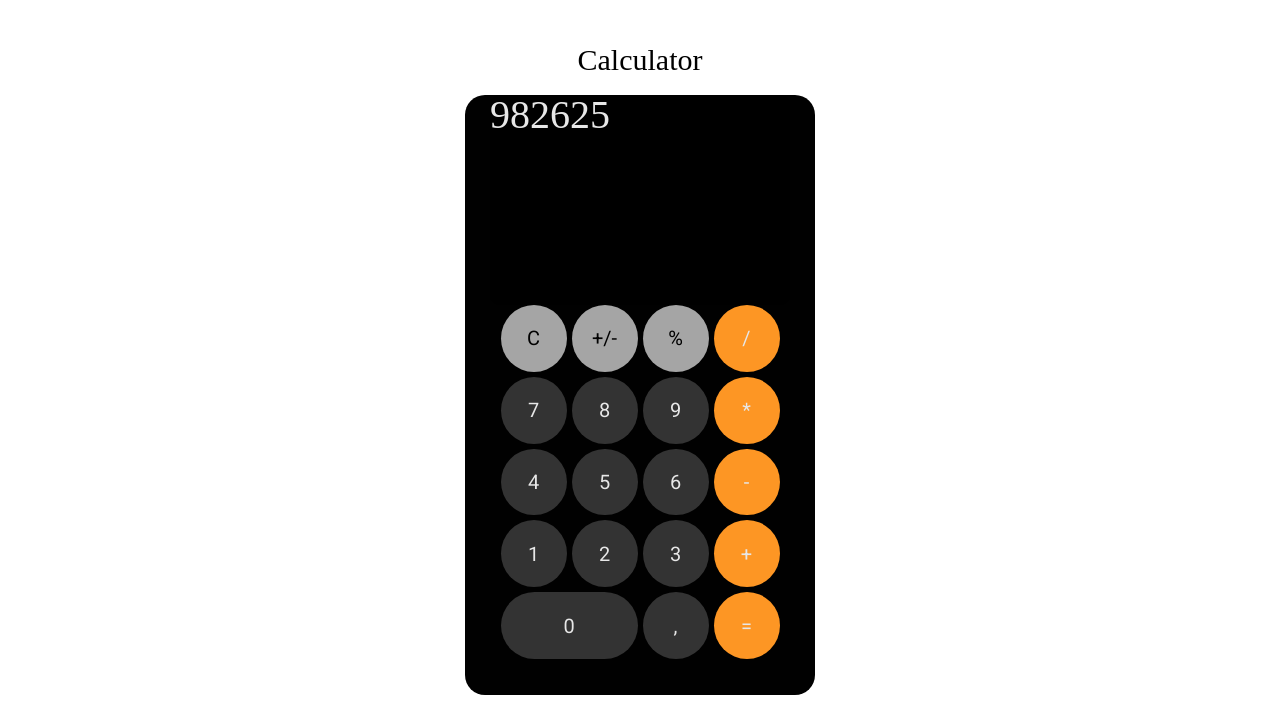
Repository: Gibon9/SimpleCalc
Page: index.html
These files come from the project's save history. The page is drawn as it stood at one moment and after the next save; the edit follows.
The browser window is 1280 px wide. The pictures show the whole page.
Some web fonts or font styles are not loaded; a fallback is used.

Above is the page before, as saved 2020-11-28 13:21:36.

### index.html
<!DOCTYPE html>
<html lang="en">
  <head>
    <meta charset="UTF-8" />
    <meta name="viewport" content="width=device-width, initial-scale=1.0" />
    <link rel="stylesheet" href="style/reset.css" />
    <link rel="stylesheet" href="style/style.css" />
    <title>Calculator</title>
  </head>

  <body>
    <main class="main">
      <h1 class="title">Calculator</h1>
      <section class="clac">
        <div class="calc-display" id="display">
          <p class="calc-dispaly--text">982625</p>
        </div>
        <section class="keyboard" id="keyboard">
          <button class="calc-button calc-button-secondary c-btn" id="clear">
            C
          </button>
          <button
            class="calc-button calc-button-secondary plus-minus-btn"
            id="plus-minus"
          >
            +/-
          </button>
          <button
            class="calc-button calc-button-secondary percent-btn"
            id="percent"
          >
            %
          </button>
          <button class="calc-button one-btn" id="btn1">1</button>
          <button class="calc-button two-btn" id="btn2">2</button>
          <button class="calc-button three-btn" id="btn3">3</button>
          <button class="calc-button four-btn" id="btn4">4</button>
          <button class="calc-button five-btn" id="btn5">5</button>
          <button class="calc-button six-btn" id="btn6">6</button>
          <button class="calc-button seven-btn" id="btn7">7</button>
          <button class="calc-button eight-btn" id="btn8">8</button>
          <button class="calc-button nine-btn" id="btn9">9</button>
          <button class="calc-button zero-btn" id="btn0">0</button>
          <button class="calc-button calc-button-operation plus-btn" id="plus">
            +
          </button>
          <button
            class="calc-button calc-button-operation minus-btn"
            id="minus"
          >
            -
          </button>
          <button
            class="calc-button calc-button-operation divide-btn"
            id="divide"
          >
            /
          </button>
          <button
            class="calc-button calc-button-operation multiply-btn"
            id="multiply"
          >
            *
          </button>
          <button
            class="calc-button calc-button-operation equal-btn"
            id="equal"
          >
            =
          </button>
          <button class="calc-button coma-btn" id="coma">,</button>
        </section>
      </section>
    </main>
    <script src="./index.js"></script>
  </body>
</html>

### style/style.css
@import url("https://fonts.googleapis.com/css2?family=Roboto&family=Saira+Stencil+One&display=swap");

:root {
  --background-color: #010101;
  --display-color: black;
  --primary-btn-color: #a5a5a5;
  --secondary-color: #333333;
  --secondary-btn-color: #fd9624;
  --text-color: #e7e7e7;
}

* {
  box-sizing: border-box;
}

.calc-display,
.title {
  font-family: "Saira Stencil One", cursive;
}

.calc-button {
  font-family: "Roboto", sans-serif;
}

.main {
  display: flex;
  flex-direction: column;
  justify-content: center;
  align-items: center;
  width: 100vw;
  height: 100vh;
}

.title {
  font-size: 30px;
  margin: 20px 0;
}

.clac {
  width: 350px;
  height: 600px;
  background-color: var(--background-color);
  border-radius: 20px;
}

.calc-display {
  margin: 0 auto;
  width: 300px;
  height: 35%;
  background-color: var(--display-color);
  color: var(--text-color);
  border-radius: 10px;
  font-size: 40px;
}

.keyboard {
  height: 65%;
  display: grid;
  grid-template-columns: repeat(10, 1fr);
  grid-template-rows: repeat(11, 1fr);
  gap: 5px 5px;
}

.calc-button {
  cursor: pointer;
  font-size: 20px;
  color: var(--text-color);
  background-color: var(--secondary-color);
  border-radius: 50%;
  border: none;
}

.calc-button:hover {
  background-color: #3f3f3f;
}

.calc-button-operation {
  background-color: var(--secondary-btn-color);
}

.calc-button-operation:hover {
  background-color: #ff8800;
}

.calc-button-secondary {
  background-color: var(--primary-btn-color);
  color: var(--background-color);
}

.calc-button-secondary:hover {
  background-color: #969696;
}

.c-btn {
  grid-column: 2/4;
  grid-row: 1/3;
}

.plus-minus-btn {
  grid-column: 4/6;
  grid-row: 1/3;
}

.percent-btn {
  grid-column: 6/8;
  grid-row: 1/3;
}

.divide-btn {
  grid-column: 8/10;
  grid-row: 1/3;
}

.seven-btn {
  grid-column: 2/4;
  grid-row: 3/5;
}

.eight-btn {
  grid-column: 4/6;
  grid-row: 3/5;
}

.nine-btn {
  grid-column: 6/8;
  grid-row: 3/5;
}

.multiply-btn {
  grid-column: 8/10;
  grid-row: 3/5;
}

.four-btn {
  grid-column: 2/4;
  grid-row: 5/7;
}

.five-btn {
  grid-column: 4/6;
  grid-row: 5/7;
}

.six-btn {
  grid-column: 6/8;
  grid-row: 5/7;
}

.minus-btn {
  grid-column: 8/10;
  grid-row: 5/7;
}

.one-btn {
  grid-column: 2/4;
  grid-row: 7/9;
}

.two-btn {
  grid-column: 4/6;
  grid-row: 7/9;
}

.three-btn {
  grid-column: 6/8;
  grid-row: 7/9;
}

.plus-btn {
  grid-column: 8/10;
  grid-row: 7/9;
}

.zero-btn {
  grid-column: 2/6;
  grid-row: 9/11;
  border-radius: 50px;
}

.coma-btn {
  grid-column: 6/8;
  grid-row: 9/11;
}

.equal-btn {
  grid-column: 8/10;
  grid-row: 9/11;
}

Loaded but not shown: style/reset.css (common file); index.js (no copy from this time; the picture is the same without it)

After the next save:
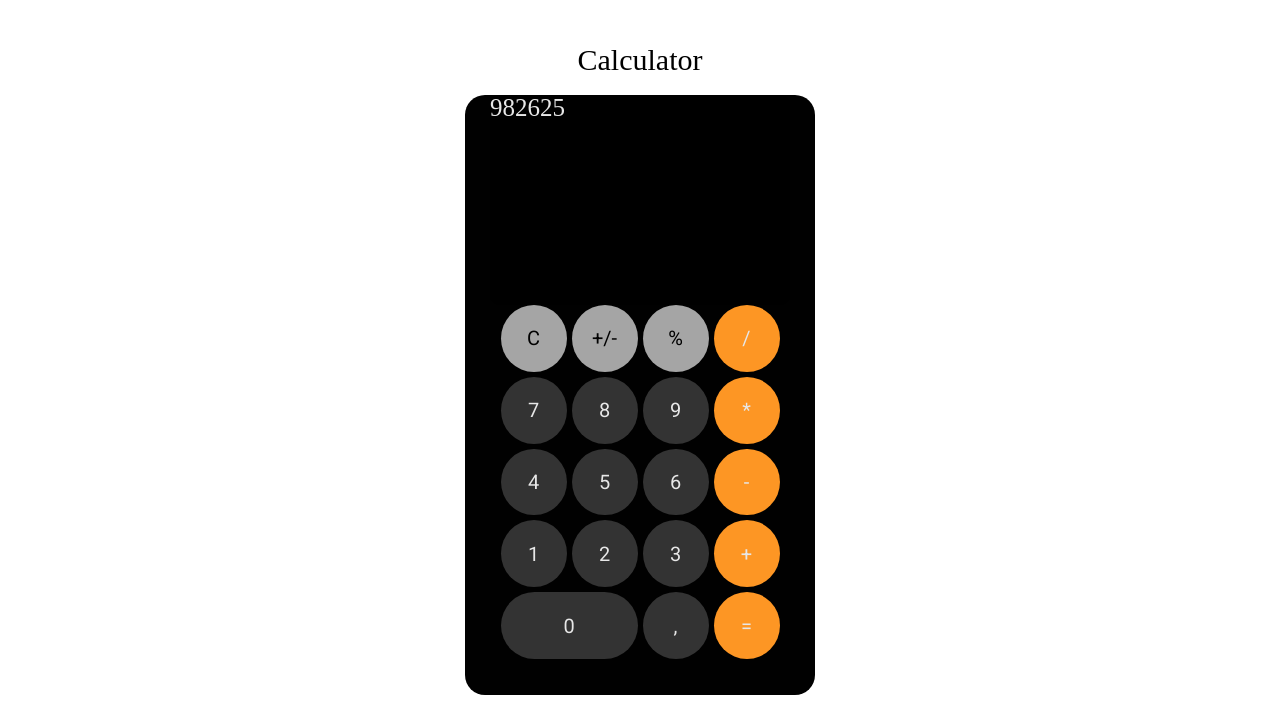
Saved 24 s later.
--- a/style/style.css
+++ b/style/style.css
@@ -51,6 +51,10 @@
   color: var(--text-color);
   border-radius: 10px;
   font-size: 40px;
+}
+
+.calc-dispaly--text {
+  font-size: 25px;
 }
 
 .keyboard {

After the save that followed:
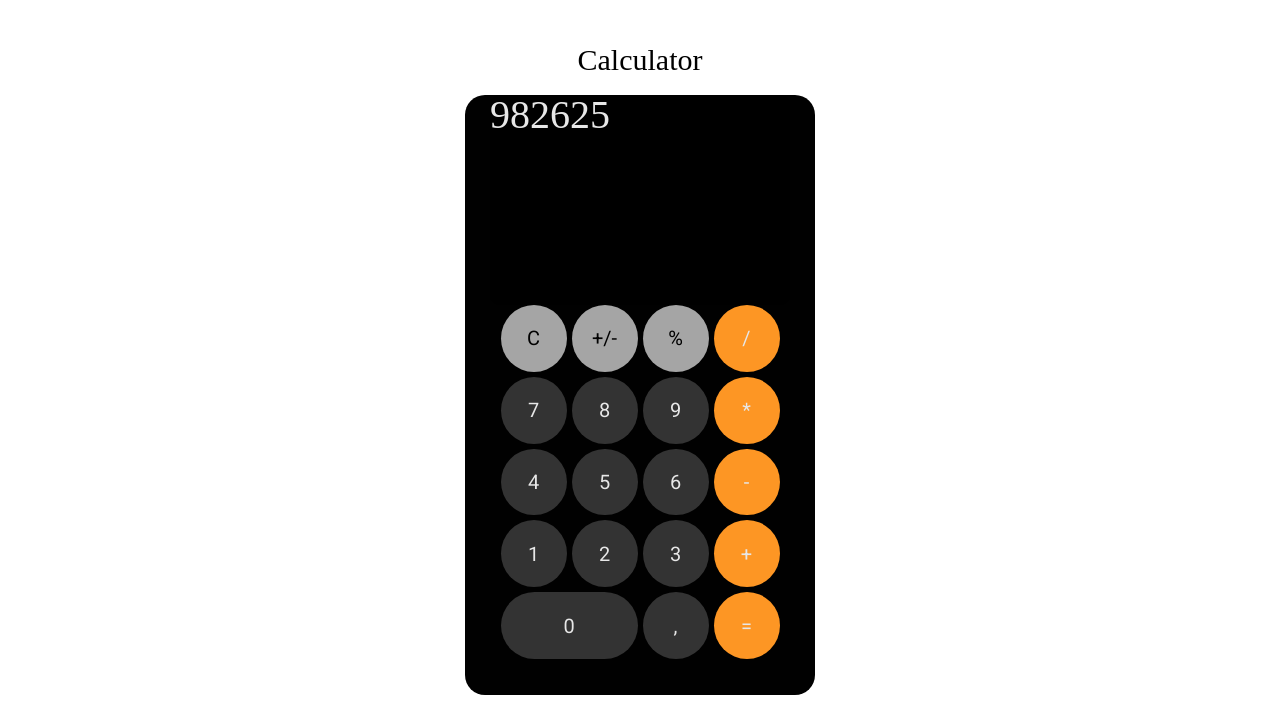
Saved 37 s later.
--- a/style/style.css
+++ b/style/style.css
@@ -54,7 +54,7 @@
 }
 
 .calc-dispaly--text {
-  font-size: 25px;
+  font-size: 40px;
 }
 
 .keyboard {
